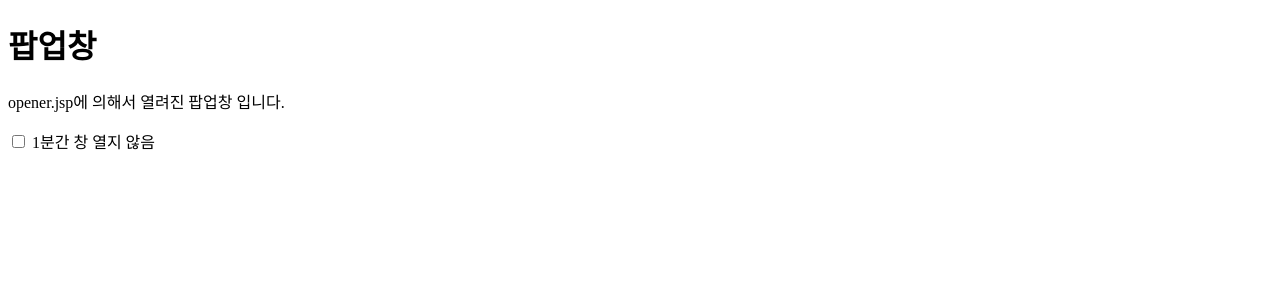
Repository: hari6180/JSP
Page: http://localhost/HelloWeb/06_cookie/child.jsp
These files come from the project's save history. The page is drawn as it stood at one moment and after a run of saves; the edit follows.
The browser window is 1280 px wide. The pictures show the whole page.
The page is served by Tomcat 9. Other server files are loaded and not shown.

Above is the page before, as saved 2021-01-19 03:18:10.

### HelloWeb/WebContent/06_cookie/child.jsp
<%@ page language="java" contentType="text/html; charset=UTF-8" pageEncoding="UTF-8"%>
<%@ page trimDirectiveWhitespaces="true" %>
<!doctype html>
<html>

<head>
    <meta charset="UTF-8" />
    <title>Hello JSP</title>
</head>

<body>
    <h1>팝업창</h1>
    <p>opener.jsp에 의해서 열려진 팝업창 입니다.</p>

    <form method="post" action="child_close.jsp">
    	<label> <input type="checkbox" name="is_popup" value="Y"> 1분간 창 열지 않음 </label>

    </form>
</body>

</html>

After the next 2 saves:
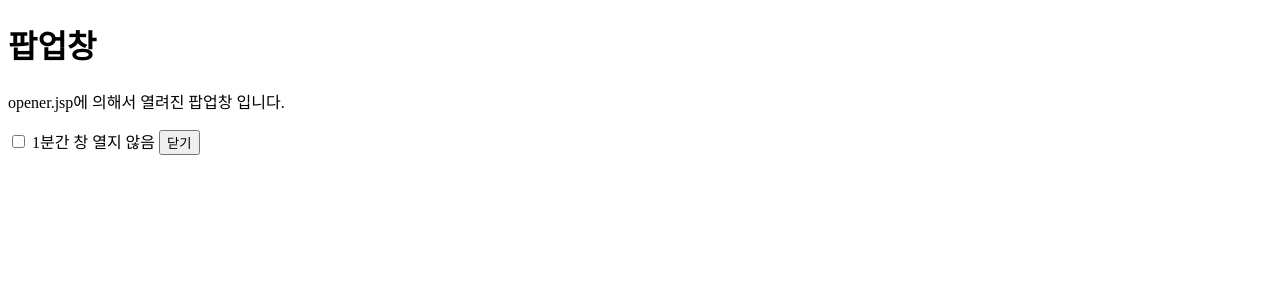
The 2 saves are shown as one change because they came seconds apart.
The last was saved 11 s later.
--- a/HelloWeb/WebContent/06_cookie/child.jsp
+++ b/HelloWeb/WebContent/06_cookie/child.jsp
@@ -14,7 +14,7 @@
 
     <form method="post" action="child_close.jsp">
     	<label> <input type="checkbox" name="is_popup" value="Y"> 1분간 창 열지 않음 </label>
-
+    	<button type="submit">닫기</button>
     </form>
 </body>
 
